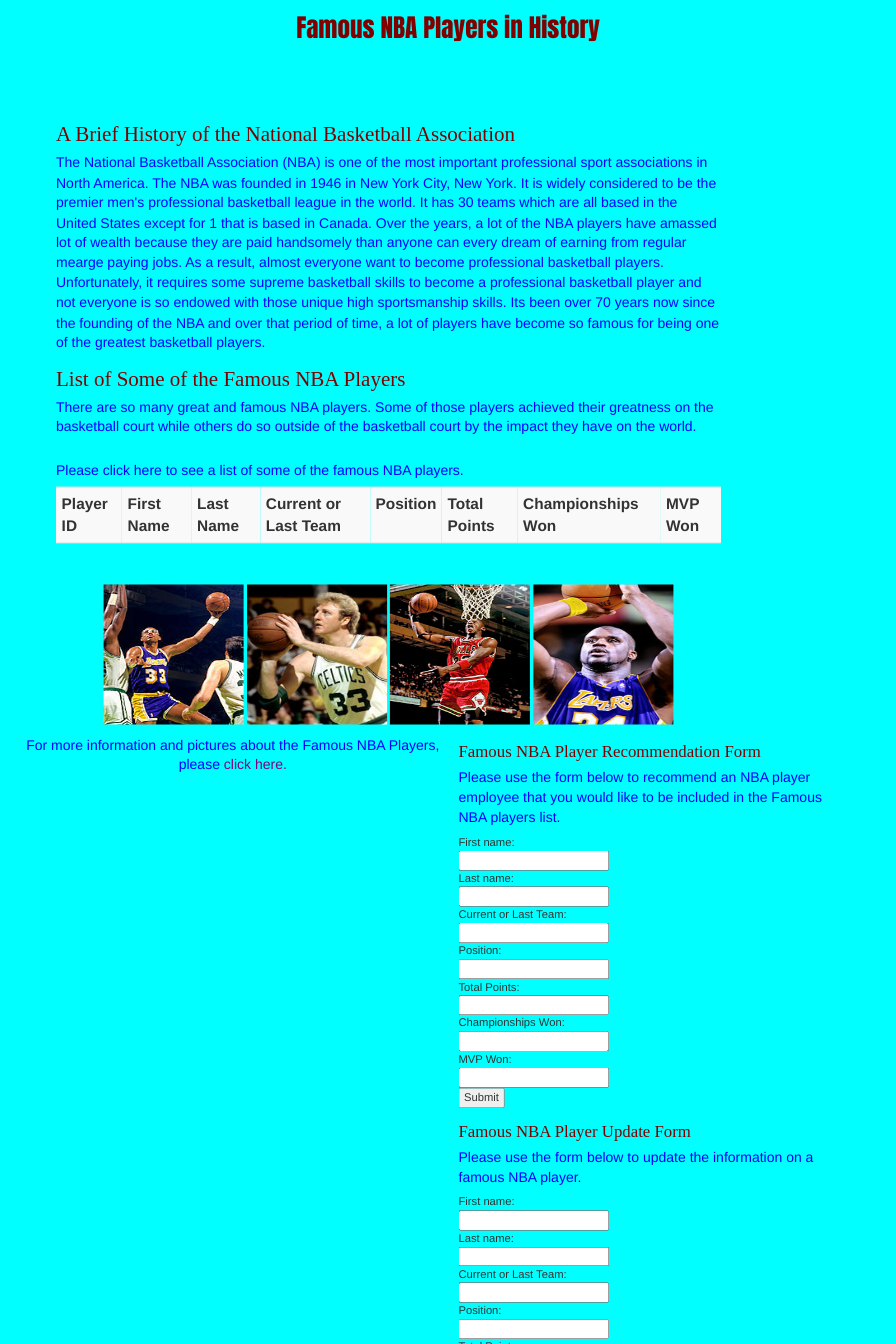
Repository: myjavaweb2/Week5JDBCAssignments
Page: myweek5project/src/main/webapp/indexplayer.html
An editor plug-in stored every save of this project. The page is shown before and after the next save, followed by the edit.
The browser window is 1280 px wide. The pictures show the part of the page from y = 0 to 1920 px (the page is 2636 px tall before and 2576 px after), at 70% of full size.

Above is the page before, as saved 2016-09-03 02:12:23.

### myweek5project/src/main/webapp/indexplayer.html
<!DOCTYPE html>
<html>
<head>
<meta charset="ISO-8859-1">
<title>Famous NBA Players</title>

<!-- Latest compiled and minified CSS -->
<link rel="stylesheet"
	href="https://maxcdn.bootstrapcdn.com/bootstrap/3.3.7/css/bootstrap.min.css"
	integrity="sha384-BVYiiSIFeK1dGmJRAkycuHAHRg32OmUcww7on3RYdg4Va+PmSTsz/K68vbdEjh4u"
	crossorigin="anonymous">

<link rel="stylesheet" type="text/css" href="player.css">

</head>
<body>

	<header>

		<h1>Famous NBA Players in History</h1>

	</header>

	<main>

	<h2>A Brief History of the National Basketball Association</h2>

	<p>The National Basketball Association (NBA) is one of the most
		important professional sport associations in North America. The NBA
		was founded in 1946 in New York City, New York. It is widely
		considered to be the premier men's professional basketball league in
		the world. It has 30 teams which are all based in the United States
		except for 1 that is based in Canada. Over the years, a lot of the NBA
		players have amassed lot of wealth because they are paid handsomely
		than anyone can every dream of earning from regular mearge paying
		jobs. As a result, almost everyone want to become professional
		basketball players. Unfortunately, it requires some supreme basketball
		skills to become a professional basketball player and not everyone is
		so endowed with those unique high sportsmanship skills. Its been over
		70 years now since the founding of the NBA and over that period of
		time, a lot of players have become so famous for being one of the
		greatest basketball players.</p>

	<h2>List of Some of the Famous NBA Players</h2>

	<p>There are so many great and famous NBA players. Some of those
		players achieved their greatness on the basketball court while others
		do so outside of the basketball court by the impact they have on the
		world.</p>
	<br>

	<p>Please click here to see a list of some of the famous NBA
		players.</p>

	<table class="table table-striped";">
		<tr>
			<th>Player ID</th>
			<th>First Name</th>
			<th>Last Name</th>
			<th>Current or Last Team</th>
			<th>Position</th>
			<th>Total Points</th>
			<th>Championships Won</th>
			<th>MVP Won</th>
		</tr>
		<tr>
			<td></td>
			<td></td>
			<td></td>
			<td></td>
			<td></td>
			<td></td>
			<td></td>
			<td></td>
		</tr>

	</table>

	<div><br>
	<img alt="Kareem Abdul-Jabbar" src="images/Abdul_Jabbar.jpg" width="200px" height="200px">
	<img alt="Larry Bird" src="images/Larry_Bird.jpg" width="200px" height="200px">
	<img alt="Michael Jordan" src="images/Jordan.jpg" width="200px" height="200px">
	<img alt="Shaquille O'Neal" src="images/Shaquille_O'Neal.jpg" width="200px" height="200px">
	</div>
	</main>
	<aside>
		<h3>Famous NBA Player Recommendation Form</h3>



		<p>Please use the form below to recommend an NBA player employee
			that you would like to be included in the Famous NBA players list.</p>

		<form action="addToDB" method="post">
			First name:<br> <input type="text" name="first_name"><br>
			Last name:<br> <input type="text" name="last_name"><br>
			Current or Last Team:<br> <input type="text"
				name="current_last_team"><br> Position:<br> <input
				type="text" name="position"><br> Total Points:<br>
			<input type="text" name="total_points"><br>
			Championships Won:<br> <input type="text"
				name="championships_won"><br> MVP Won:<br> <input
				type="text" name="mvp_won"><br> <input type="submit"
				value="Submit">
		</form>

		<h3>Famous NBA Player Update Form</h3>

		<p>Please use the form below to update the information on a famous
			NBA player.</p>

		<form action="updateToDB" method="post">
			First name:<br> <input type="text" name="first_name"><br>
			Last name:<br> <input type="text" name="last_name"><br>
			Current or Last Team:<br> <input type="text"
				name="current_last_team"><br> Position:<br> <input
				type="text" name="position"><br> Total Points:<br>
			<input type="text" name="total_points"><br>
			Championships Won:<br> <input type="text"
				name="championships_won"><br> MVP Won:<br> <input
				type="text" name="mvp_Won"><br> <input type="submit"
				value="Submit">
		</form>

		<h3>Famous NBA Player Deletion Form</h3>

		<p>Please use the form below to delete the name of a famous NBA
			player from the list of the Famous NBA players.</p>

		<form action="deleteFromDB" method="post">
			First name:<br> <input type="text" name="first_name"><br>
			Last name:<br> <input type="text" name="last_name"><br>
			Current or Last Team:<br> <input type="text"
				name="current_last_team"><br> Position:<br> <input
				type="text" name="position"><br> Total Points:<br>
			<input type="text" name="total_points"><br>
			Championships Won:<br> <input type="text"
				name="championships_won"><br> MVP Won:<br> <input
				type="text" name="mvp_Won"><br> <input type="submit"
				value="Submit">
		</form>

	</aside>

	<footer>

		<p>
			For more information and pictures about the Famous NBA Players,
			please <a href="https://en.wikipedia.org/wiki/National_Basketball_Association/"
				target="_blank">click here.</a>
		</p>

	</footer>

</body>
</html>

### myweek5project/src/main/webapp/player.css
html, body {
	margin: 0;
	padding: 0;
	border: 0;
	font-size: 100%;
	background-color: aqua;
}

header {
	height: 115px;
}

div {
	text-align: center;
}

main {
	width: 950px;
	background-color: aqua;
	float: left;
	padding-left: 0;
	padding-right: 0;
	position: relative;
	right: 20px;
  	left: 80px;
  	top: 20px;
  	bottom: 15px;
}

aside {
	width: 650px;
	background-color: aqua;
	float: right;
	padding: 25px;
	padding-right: 100px;
}

footer {
	clear: left;
	padding: 35px;
	border: 5px;
	text-align: center;
}

p {
	font-style: Times New Roman, Tahoma, sans serif;
	font-size: 20px;
	color: blue;
}

h1, h2, h3 {
	font-family: fantasy, serif;
	color:maroon;
}

h1 {
	font-family: "Helvetica-Bold",Impact, sans serif;
	text-align: center;

}

ul {
	color:teal;
	font-size: 20px;
}

th {
	color: blue bold;
	font-size: 22px;
}

td {
	color:teal;
	font-size: 20px;
}

a {
	color: purple;
	text-decoration: none;
}

a:hover {

    text-decoration: line-through;
}

After the next save:
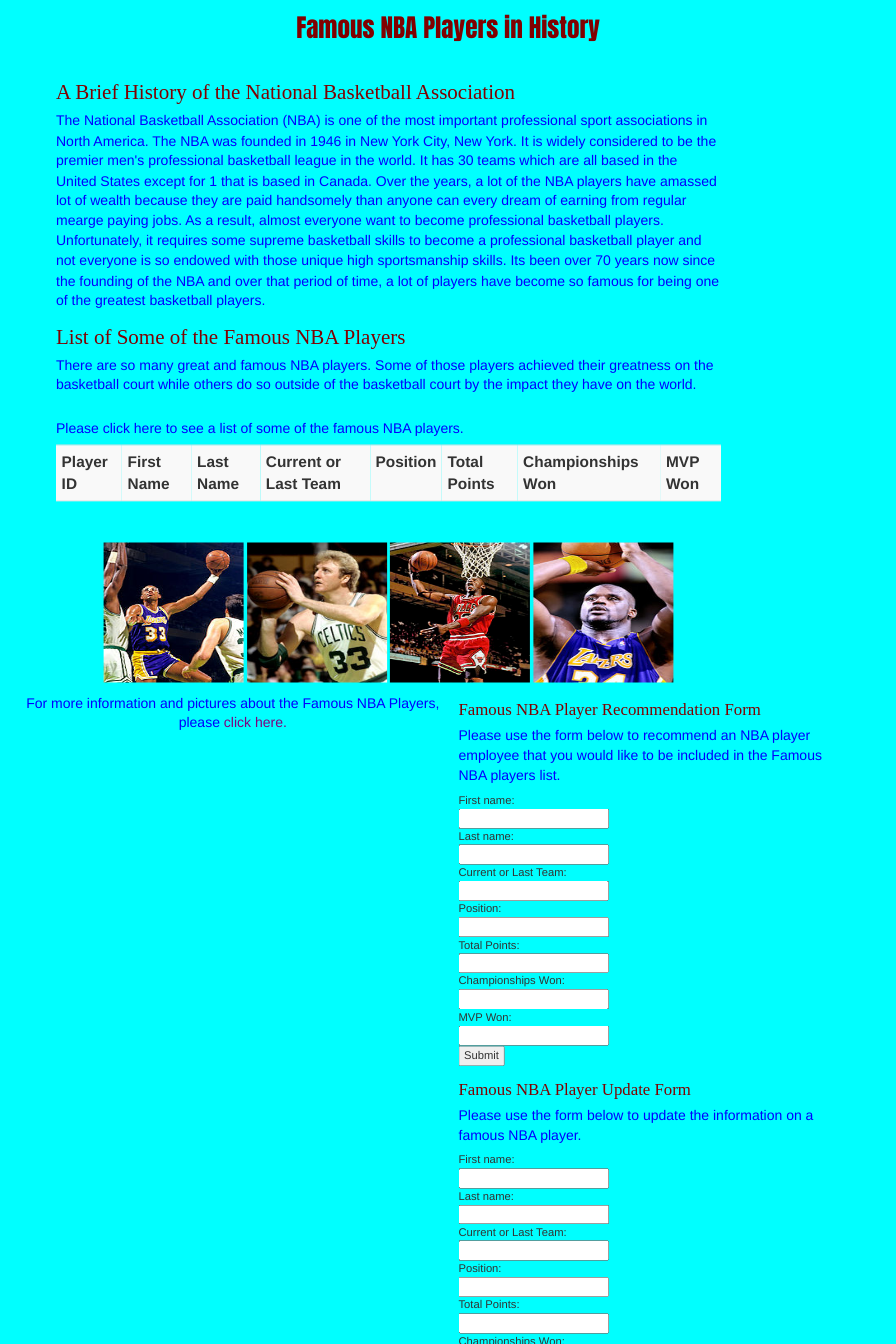
Saved 19 s later.
--- a/myweek5project/src/main/webapp/player.css
+++ b/myweek5project/src/main/webapp/player.css
@@ -7,7 +7,7 @@
 }
 
 header {
-	height: 115px;
+	height: 55px;
 }
 
 div {
